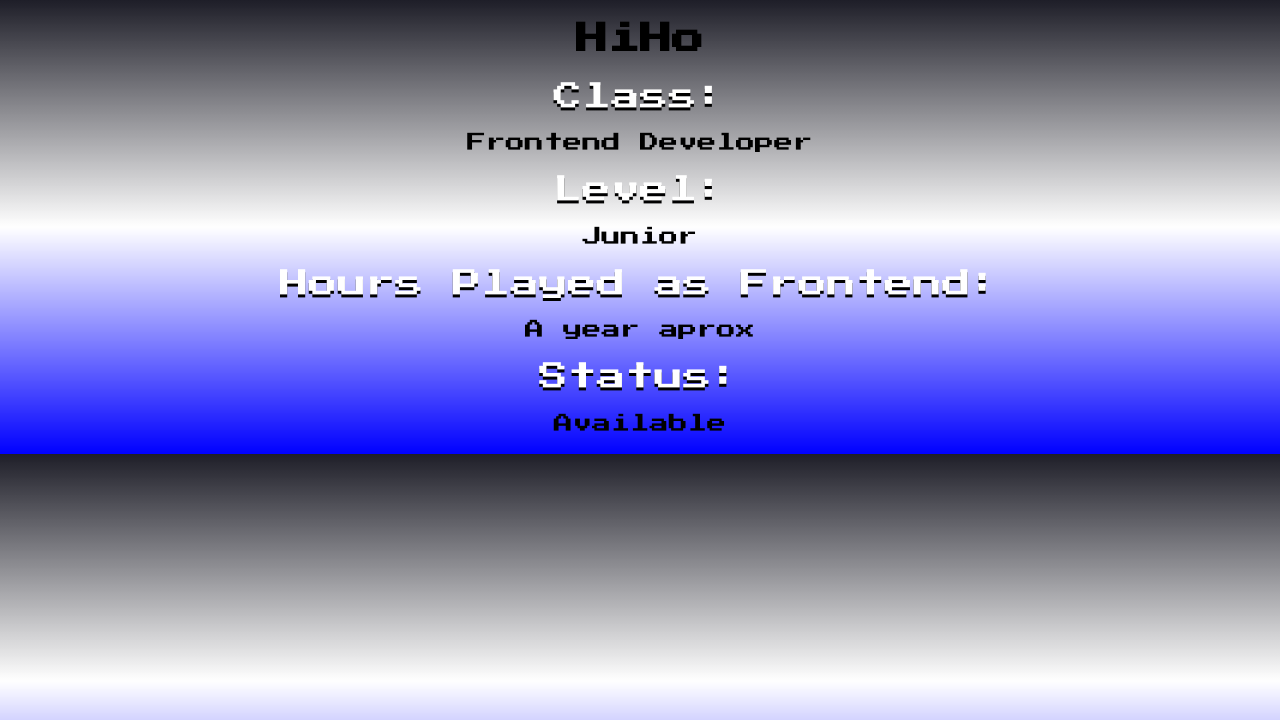
Repository: sernalab/soon
Page: index.html
An editor plug-in stored every save of this project. The page is shown before and after the next save, followed by the edit.
The browser window is 1280 px wide. The pictures show the whole page.
Some web fonts or font styles are not loaded; a fallback is used.

Above is the page before, as saved 2018-12-24 01:42:57.

After the next save:
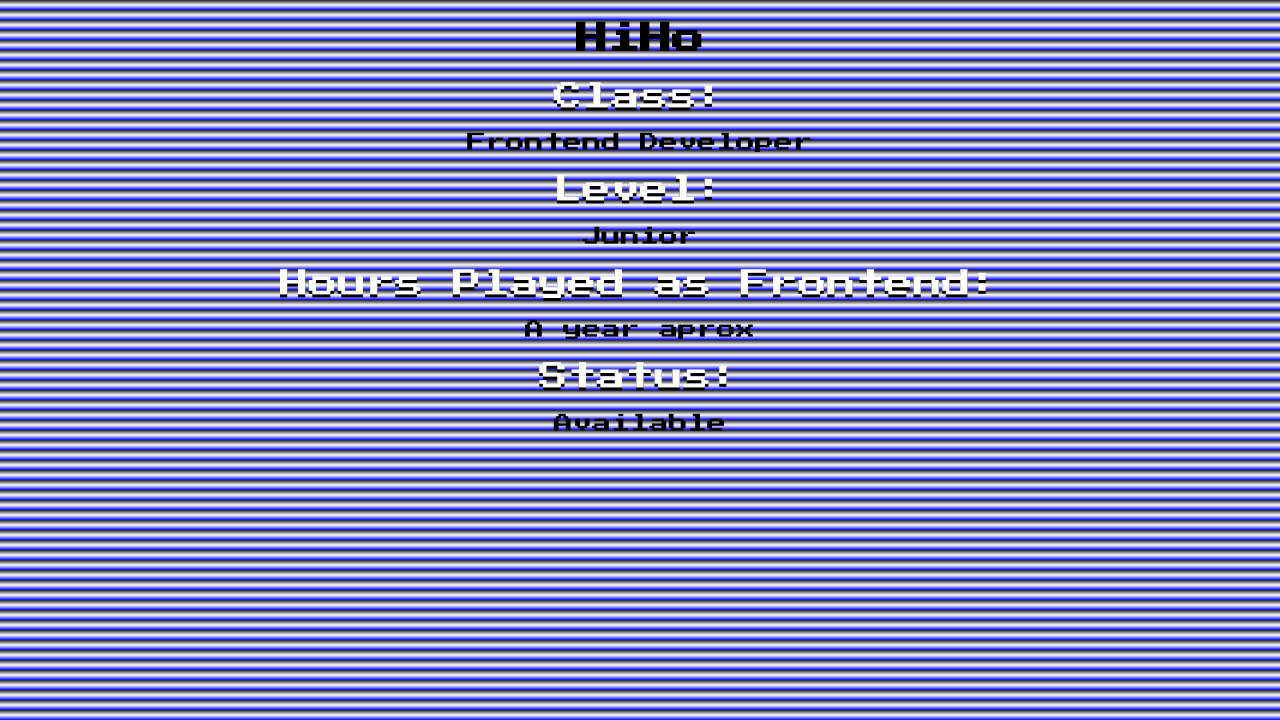
Saved 64 s later.
--- a/css/styles.css
+++ b/css/styles.css
@@ -425,6 +425,7 @@ body {
     background-image: linear-gradient(#1e1e28, transparent 50%, blue);
     font-family: 'Press Start 2P';
     background-repeat: repeat;
+    background-size: 20px 10px;
 }
 
 main {
